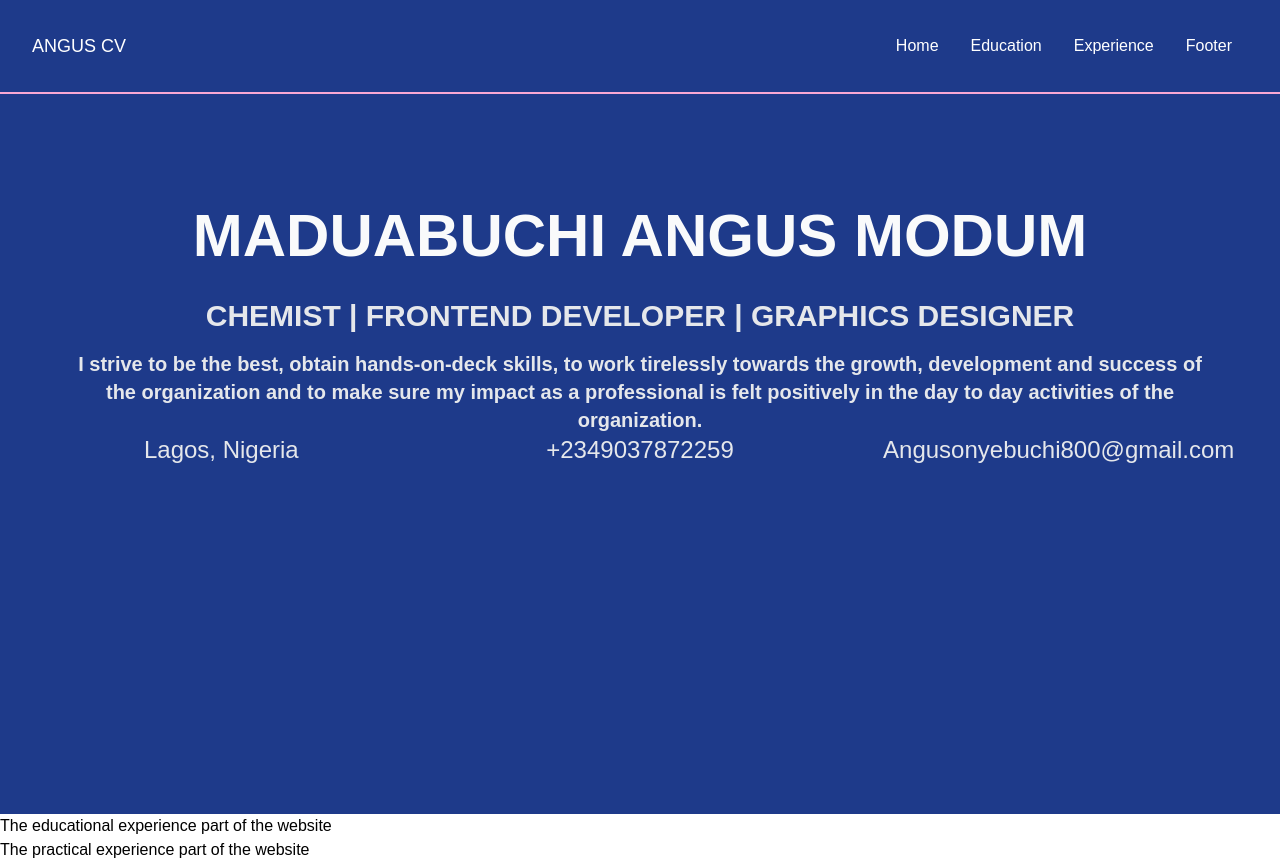
Repository: AngusOnyebuchi/AngusOnyebuchi.github.io
Page: /
These files come from the project's save history. The page is drawn as it stood at one moment and after the next save; the edit follows.
The browser window is 1280 px wide. The pictures show the whole page.
The project was rebuilt for these pictures with package versions that can differ from the ones it lists, and the page was loaded fresh each time.

Above is the page before, as saved 2022-04-17 15:56:33.

### public/index.html
<!DOCTYPE html>
<html lang="en">
  <head>
    <meta charset="utf-8" />
    <link rel="icon" href="%PUBLIC_URL%/favicon.ico" />
    <meta name="viewport" content="width=device-width, initial-scale=1" />
    <meta name="theme-color" content="#000000" />
    <meta
      name="description"
      content="Web site created using create-react-app"
    />
    <link rel="apple-touch-icon" href="%PUBLIC_URL%/logo192.png" />
    <!--
      manifest.json provides metadata used when your web app is installed on a
      user's mobile device or desktop. See https://developers.google.com/web/fundamentals/web-app-manifest/
    -->
    <link rel="manifest" href="%PUBLIC_URL%/manifest.json" />
    <!--
      Notice the use of %PUBLIC_URL% in the tags above.
      It will be replaced with the URL of the `public` folder during the build.
      Only files inside the `public` folder can be referenced from the HTML.

      Unlike "/favicon.ico" or "favicon.ico", "%PUBLIC_URL%/favicon.ico" will
      work correctly both with client-side routing and a non-root public URL.
      Learn how to configure a non-root public URL by running `npm run build`.
    -->
    <title>Angus CV </title>
  </head>
  <body>
    <noscript>You need to enable JavaScript to run this app.</noscript>
    <div id="root"></div>
    <!--
      This HTML file is a template.
      If you open it directly in the browser, you will see an empty page.

      You can add webfonts, meta tags, or analytics to this file.
      The build step will place the bundled scripts into the <body> tag.

      To begin the development, run `npm start` or `yarn start`.
      To create a production bundle, use `npm run build` or `yarn build`.
    -->
  </body>
</html>

### src/index.js
import React from "react";
import ReactDOM from "react-dom";
import "./style.css"
import App from "./App";

ReactDOM.render(<App/>, document.getElementById("root"))

### src/style.css
@tailwind base;
@tailwind components;
@tailwind utilities;

@layer base {
    body{
        @apply font-[Sans-serif];
    }
    li {
        @apply px-4;
        @apply cursor-pointer;
    }
}

### src/App.js
import React from "react";
import Home from "./components/Home"
import Education from "./components/Education";
import Experience from "./components/Experience";
import NavBar from "./components/NavBar";

export default function App() {
  return (
    <div>
      <NavBar/>
      <Home/>
      <Education/>
      <Experience/>
    </div>
  )
}

### src/components/Home.js
import React from "react";

export default function Home() {
    return (
        <div className="w-full h-screen p-4 bg-blue-900 text-gray-200">
            <h1 className="text-4xl md:text-6xl font-bold uppercase pt-24 text-center text-gray-50">Maduabuchi Angus Modum</h1>
            <h3 className="text-xl md:text-3xl font-bold uppercase pt-8 text-center">Chemist | Frontend Developer | Graphics Designer</h3>
            <p className="font-bold text-center justify-center text-lg md:text-xl max-w-[1200px] mx-12 mt-4">I strive to be the best, obtain hands-on-deck skills,
                to work tirelessly towards the growth, development and success of the organization and to make sure my impact
                as a professional is felt positively in the day to day activities of the organization.</p>

            <div className="grid grid-cols-3 gap-2 text-2xl text-center">
                <h4 className="mx-0">Lagos, Nigeria</h4>
                <h4 className="mx-0">+2349037872259</h4>
                <h4  className="mx-0">Angusonyebuchi800@gmail.com</h4>
            </div>
        </div>
    )
}

### src/components/Education.js
import React from "react";

export default function Education() {
    return(
        <div>
            <h1>The educational experience part of the website</h1>
        </div>
    )
}

### src/components/Experience.js
import React from "react";

export default function Experience() {
    return(
        <div>
            <h1>The practical experience part of the website</h1>
        </div>
    )
}

### src/components/NavBar.js
import React, {useState} from "react";
import {FaTimes, FaBars} from "react-icons/fa"

export default function NavBar() {

    const [nav, setNav] = useState(true)
    const toggle = () => setNav(!nav)

    return(
        <div className="bg-blue-900 text-white w-full p-8 flex justify-between items-center border-b-2 border-pink-300">
            <h1 className="uppercase text-lg">Angus CV</h1>

            <ul className=" hidden sm:flex justify-between">
                <li className="hover:border-b-2 border-pink-300 ">Home</li>
                <li className="hover:border-b-2 border-pink-300 ">Education</li>
                <li className="hover:border-b-2 border-pink-300 ">Experience</li>
                <li className="hover:border-b-2 border-pink-300 ">Footer</li>
            </ul>

            {/** Mobile list */}
            <div onClick={toggle} className="sm:hidden z-10">
                {nav ? <FaBars/> : <FaTimes/>}
            </div>
            <ul className={nav ? 'hidden' : 'absolute top-0 left-0 w-full h-screen bg-inherit flex flex-col justify-center items-center my-8 sm:hidden'}>
                    <li>Home</li>
                    <li>Education</li>
                    <li>Experience</li>
                    <li>Footer</li>
            </ul>
        </div>
    )
}

Loaded but not shown: tailwind.config.js (common file)

After the next save:
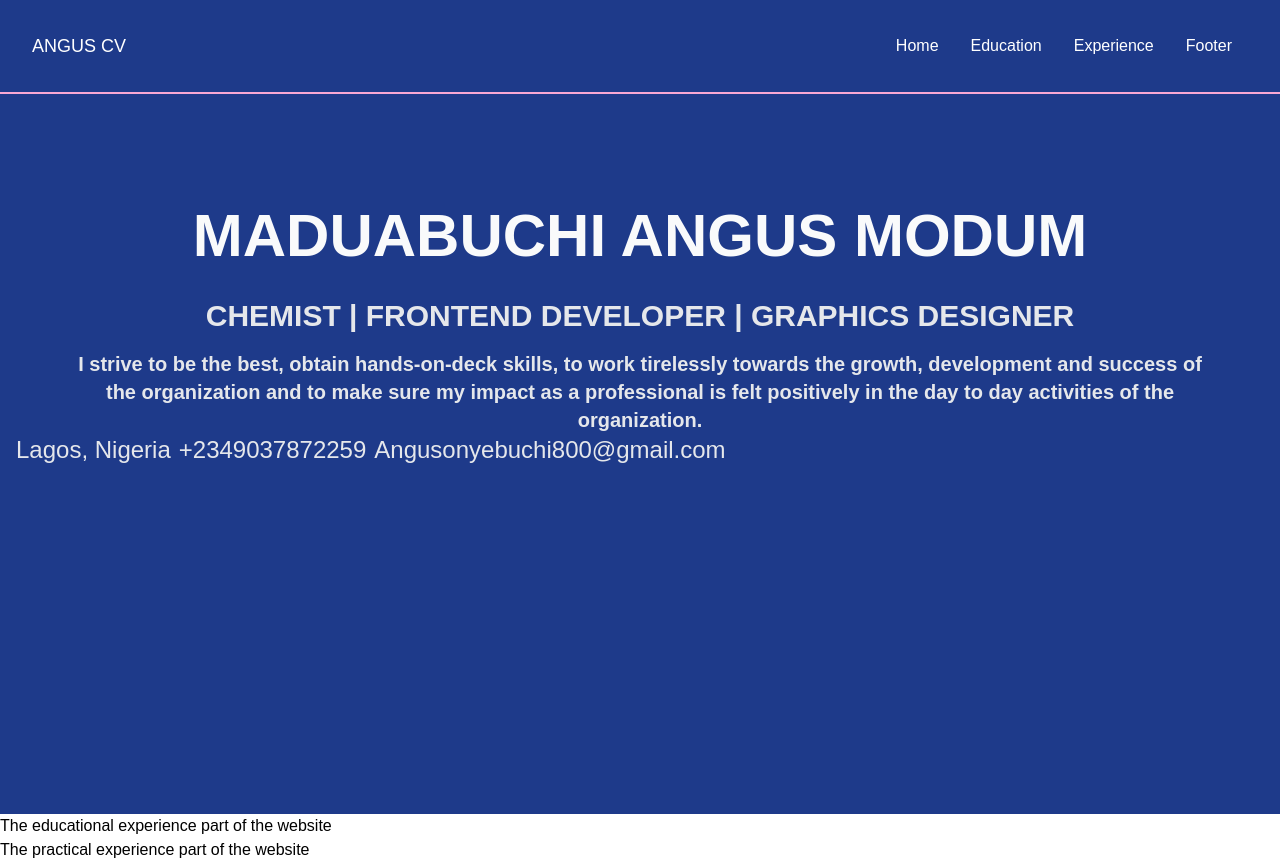
Saved 69 s later.
--- a/src/components/Home.js
+++ b/src/components/Home.js
@@ -9,7 +9,7 @@ export default function Home() {
                 to work tirelessly towards the growth, development and success of the organization and to make sure my impact
                 as a professional is felt positively in the day to day activities of the organization.</p>
 
-            <div className="grid grid-cols-3 gap-2 text-2xl text-center">
+            <div className="flex flex-cols-3 gap-2 text-2xl text-center">
                 <h4 className="mx-0">Lagos, Nigeria</h4>
                 <h4 className="mx-0">+2349037872259</h4>
                 <h4  className="mx-0">Angusonyebuchi800@gmail.com</h4>
